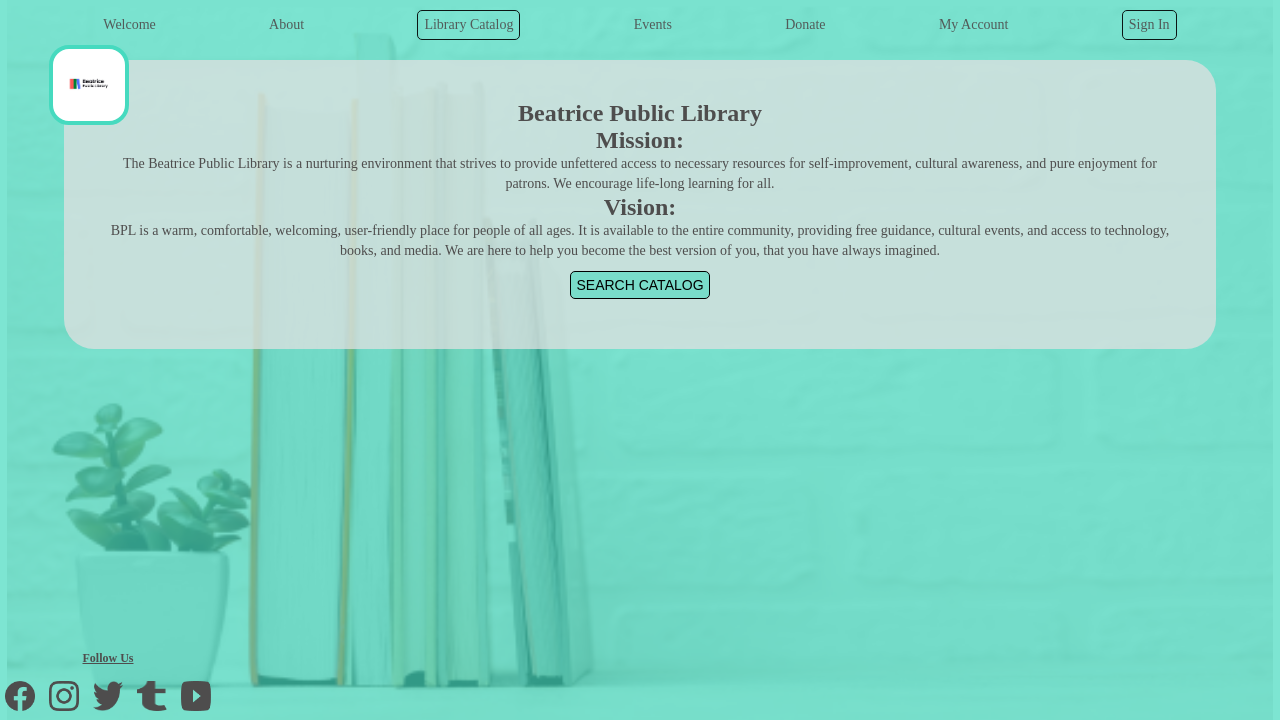
Repository: cokoduwa/RA-Wk5-Library
Page: about.html
An editor plug-in stored every save of this project. The page is shown before and after the next save, followed by the edit.
The browser window is 1280 px wide. The pictures show the whole page.

Above is the page before, as saved 2023-01-26 20:34:44.

### about.html
<!DOCTYPE html>
<html lang="en">
<head>
    <meta charset="UTF-8">
    <meta http-equiv="X-UA-Compatible" content="IE=edge">
    <meta name="viewport" content="width=device-width, initial-scale=1.0">
    <link rel="stylesheet" href="about.css">
    <title>About The Library</title>
</head>
<body>

    <div class="back-img-2">
        <div class="back-color">
            <nav>
                <div class="menu-options">
                    <a href="index.html">Welcome</a>
                    <a href="#">About</a>
                    <a class="nav-link" href="#">Library Catalog</a>
                    <a href="#">Events</a>
                    <a href="#">Donate</a>
                    <a href="#">My Account</a>
                    <a class="nav-link" href="signin.html">Sign In</a>
                </div>
            </nav>

            <main>
                <div class="sections">

                    <section id="about" class="card">
                        <img id="logo" src="images/BPLcanvaLogo.jpeg" alt="BPL Logo">

                            <h1>Beatrice Public Library</h1>

                            <h2>Mission:</h2>
                            <p>The Beatrice Public Library is a nurturing environment that strives to provide unfettered
                                access to necessary resources for self-improvement, cultural awareness, and pure enjoyment
                                for patrons. We encourage life-long learning for all.</p>

                            <h2>Vision:</h2>
                            <p>BPL is a warm, comfortable, welcoming, user-friendly place for people of all ages. It is
                                available to the entire community, providing free guidance, cultural events, and access to
                                technology, books, and media. We are here  to help you become the best version of you, that
                                you have always imagined.</p>

                            <button>SEARCH CATALOG</button>

                        </section>

                </div>

            </main>

            <footer id="footer">
                <h3>Follow Us</h3>
                <img class="social-media-logos" src="images/facebook.png" alt="Facebook Logo">
                <img class="social-media-logos" src="images/instagram.png" alt="Instagram Logo">
                <img class="social-media-logos" src="images/twitter.png" alt="Twitter Logo">
                <img class="social-media-logos" src="images/tumblr.png" alt="Tumblr Logo">
                <img class="social-media-logos" src="images/youtube.png" alt="YouTube Logo">
            </footer>

        </div>

    </div>

</body>
</html>

### about.css
*{
    padding:0;
    margin:0;
    box-sizing: border-box;
}

body {
    color: #4E4D4D;
    font-family: 'Arial Rounded MT Bold';
    width: 100%;
}

.back-color {
    background-color: rgb(70, 218, 191, 0.7);
    height: 100vh;
}

.back-img-2 {
    height: 100%;
    background-position: center;
    background-size: contain;
    background-image: url("images/books-plant.png");
    background-repeat: no-repeat;

}

/****** Navigation Bar/Menu for all pages ******/
.menu-options{
    display: flex;
    justify-content: space-evenly;
    align-items: center;
    gap: 10px;
    opacity: 0.9;
    padding:10px 0;
}

nav a {
    text-decoration: none;
    color: #4E4D4D;
    font-size: 8px;
}
.nav-link {
    border-radius: 5px;
    border: 1px solid black;
    padding: 6px;
}

/***** Main Sections ******/
.sections {
    width: 90%;
    margin: 0 auto;

}

.card {
    background-color: rgba(224, 224, 224, 0.75);
    position: relative;
    border-radius: 30px;
    margin: 50px 0;
}


/****** First Section - Intro ******/

#about {
    text-align: center;
    padding: 40px;
    margin: 10px auto;
}

/* #about {
    display: flex;
    flex-direction: column;
    justify-content: center;
    align-items: center;
    padding: 0px;
    gap: 20px;
    position: absolute;
    text-align: center;
} */

#about p {
    padding: 10px auto;
    font-size: 12px;
    line-height: 20px;
}

#about h2 {
    font-size: 14px;
}

#about button {
    font-size: 12px;
    padding: 5px;
    margin: 10px auto;
    background-color: rgb(70, 218, 191, 0.6);
    border-radius: 5px;
    border: solid 1px;
}

.intro-img {
    border-radius: 30px;
    border: 4px solid #46DABF;
    width: 60%;
    margin: 10px;
}

#logo {
    width: 80px;
    height: 80px;
    border-radius: 20px;
    border: 4px solid #46DABF;
    padding: 10px;
    position: absolute;
    top: -15px;
    left: -15px;
    background-color: white;
}

#logo img {
    width: 100%;
}



/****** Footer for all pages ******/

footer {
    text-align: center;
}

footer h3 {
    font-size: 12px;
    text-decoration: underline;
    padding: 10px;
}

#footer {
    position: absolute;
    bottom: 0;
}

.social-media-logos{
    width: 2.5em;
    height: 2.5em;
    padding: .3em;
}


/***** Media Queries *****/

/* Medium devices (landscape tablets, 768px and up) */
@media only screen and (min-width: 768px) {
    nav a {
        font-size: 14px;
    }

    #about p {
        font-size: 16px;
    }

    #about h2 {
        font-size: 18px;
    }

}

/* Large devices (laptops/desktops, 992px and up) */
@media only screen and (min-width: 992px) {

    #about p {
        font-size: 14px;
    }

    #about h2 {
        font-size: 24px;
    }

    #about button {
        font-size: 14px;
    }
}

After the next save:
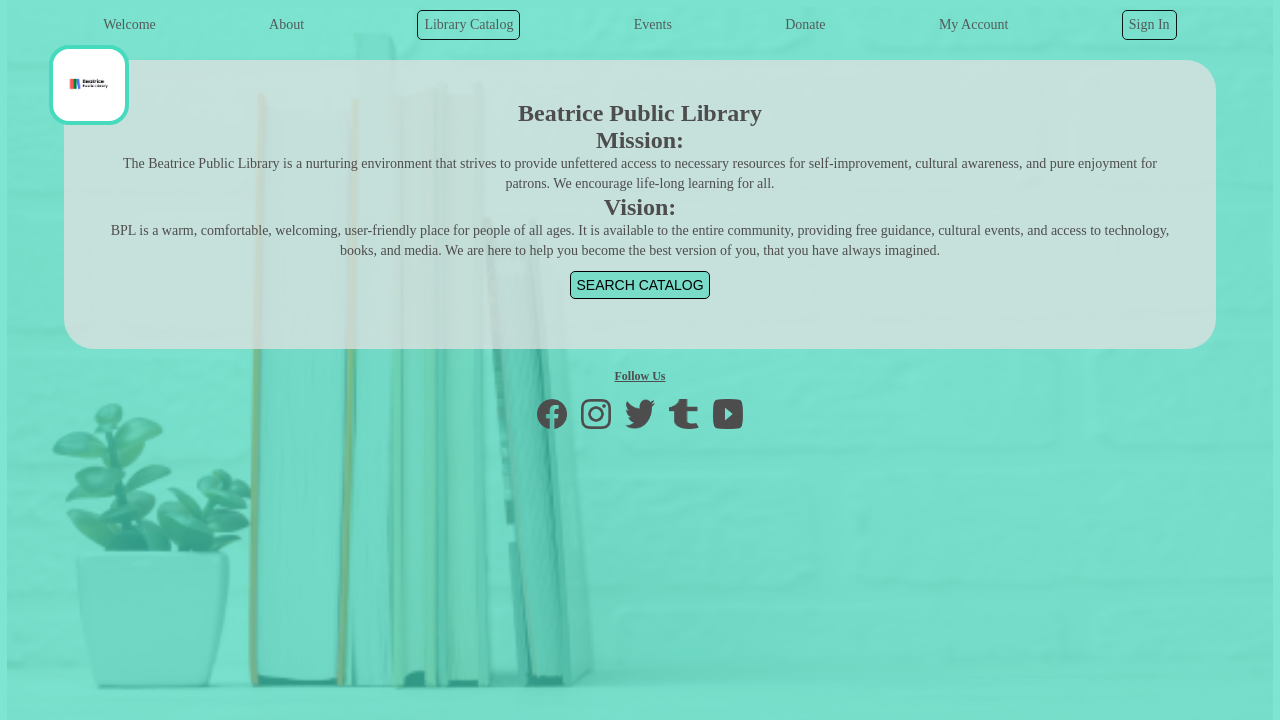
Saved 111 min 24 s later.
--- a/about.css
+++ b/about.css
@@ -98,13 +98,6 @@
     border: solid 1px;
 }
 
-.intro-img {
-    border-radius: 30px;
-    border: 4px solid #46DABF;
-    width: 60%;
-    margin: 10px;
-}
-
 #logo {
     width: 80px;
     height: 80px;
@@ -136,8 +129,9 @@
 }
 
 #footer {
-    position: absolute;
+    /* position: absolute; */
     bottom: 0;
+    position: relative;
 }
 
 .social-media-logos{

After the 2 saves that followed:
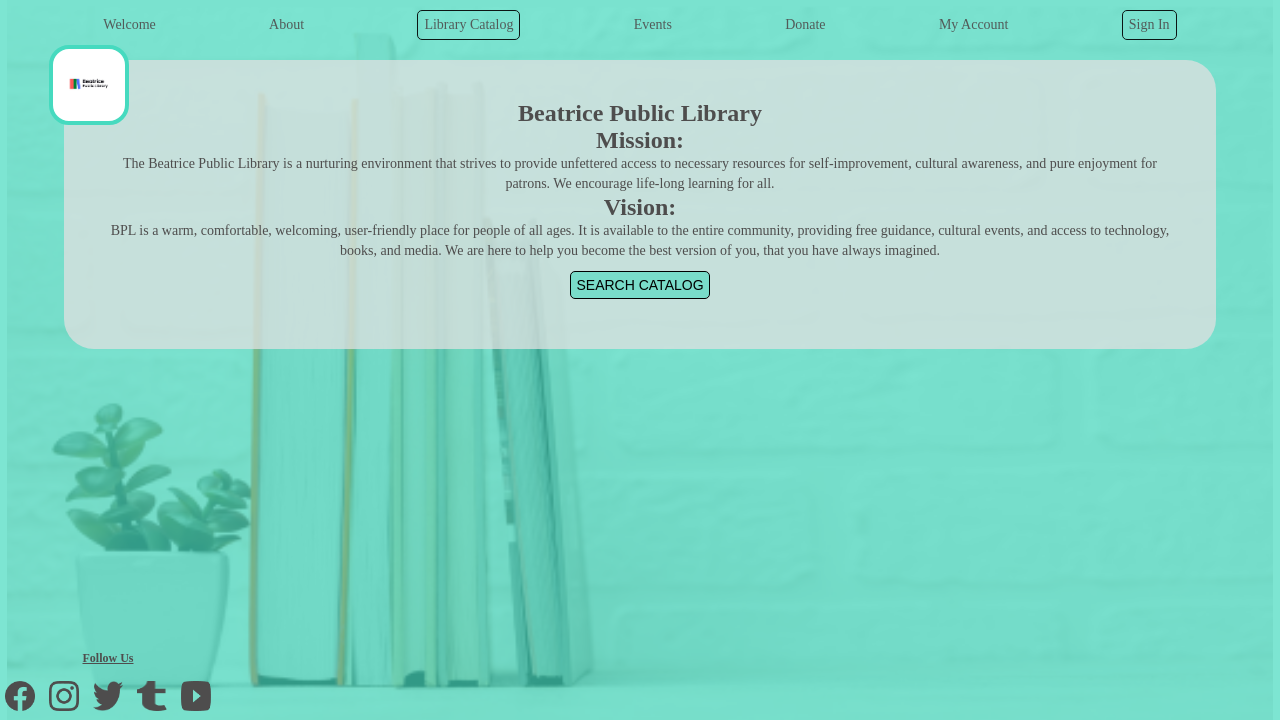
The 2 saves are shown as one change because 1 left the picture as it was.
The last was saved 34 s later.
--- a/about.css
+++ b/about.css
@@ -129,9 +129,9 @@
 }
 
 #footer {
-    /* position: absolute; */
+    position: absolute;
     bottom: 0;
-    position: relative;
+
 }
 
 .social-media-logos{
